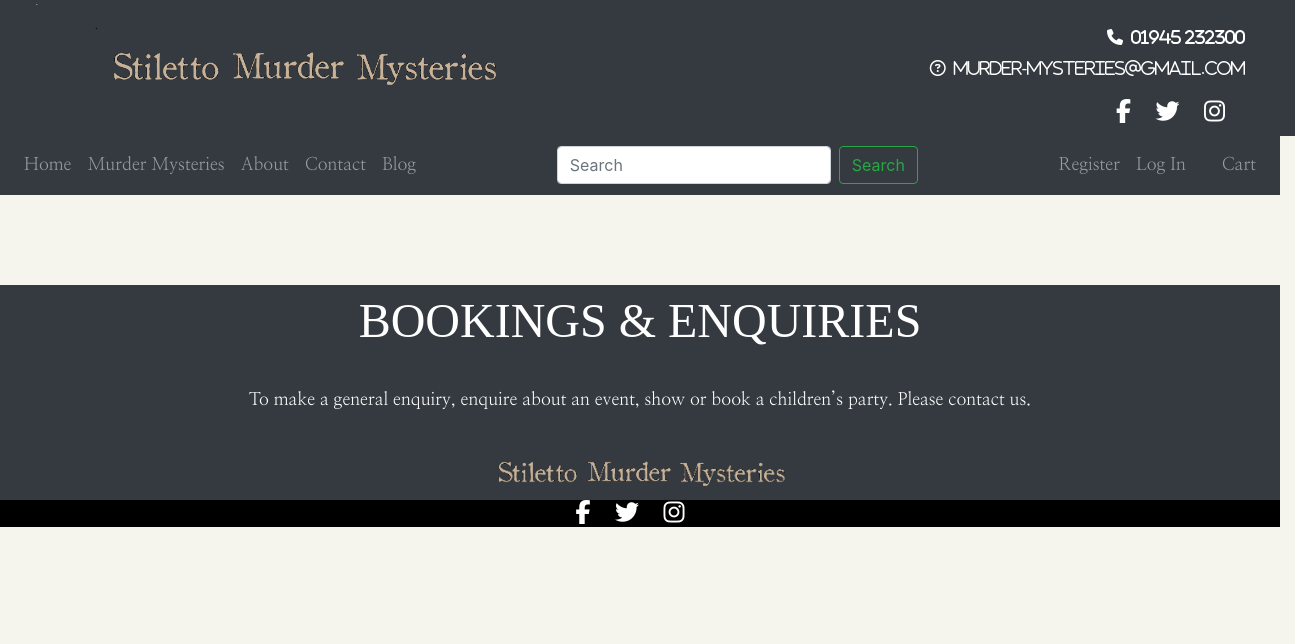
Repository: TaylorD1982/murder-milestone
Page: reviews/templates/reviews.html
The author's editor kept a record of every edit. The page is drawn from the files as they stood at one moment, then again after the next edit.
The browser window is 1280 px wide. The page is 1295 px wide, so the pictures cover 1295 px, including what lies to the right of the window. The pictures show the whole page.
Some icons come from a web library that is not loaded, so they are not drawn. Some web fonts or font styles are not loaded; a fallback is used. Some web libraries are served in a nearby version. The template is drawn by Django 2.2. The application's start-up code is not run. The template is opened directly, without the code that normally fills it, so the values that code supplies are empty.

Above is the page before.
Console error: ReferenceError: emailjs is not defined

After the next edit:
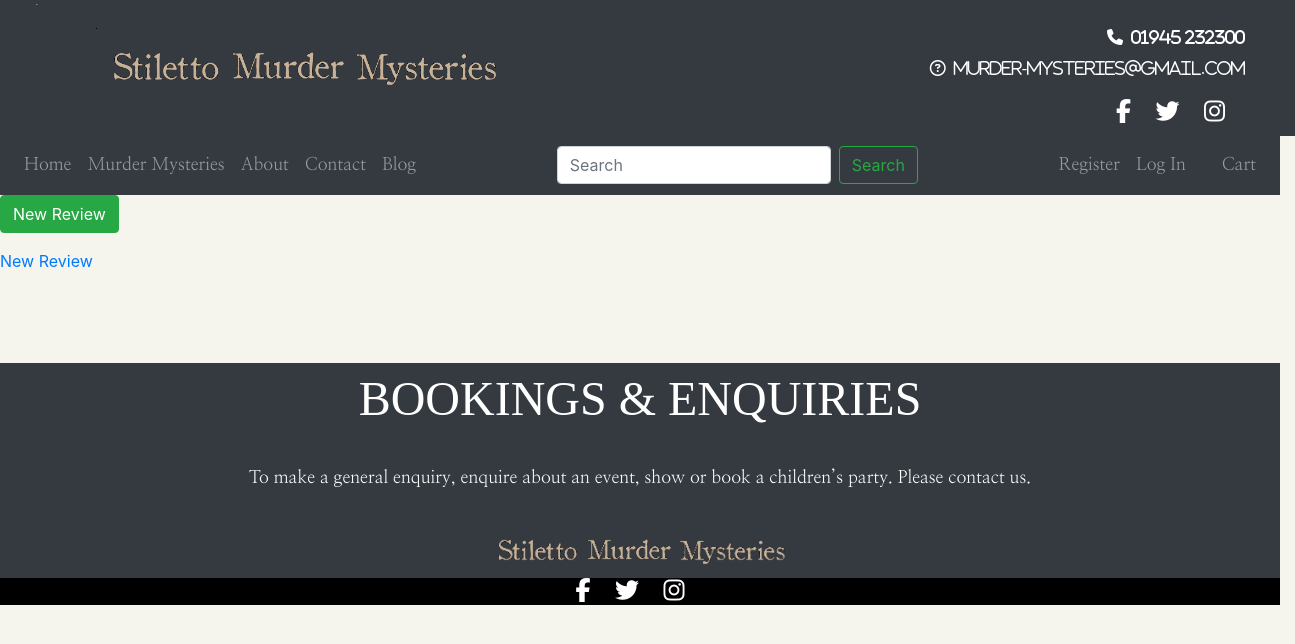
The edit:
--- a/reviews/templates/reviews.html
+++ b/reviews/templates/reviews.html
@@ -6,6 +6,11 @@
 </div>
 
 {% block content %}
+
+<div>
+    <p><a href="{% url 'new_review' %}" class="btn btn-success">New Review</a></p>
+    <a href="{% url 'new_review' %}">New Review</a></li>
+</div>
 
 <div class="container">
     {% for review in reviews %}
